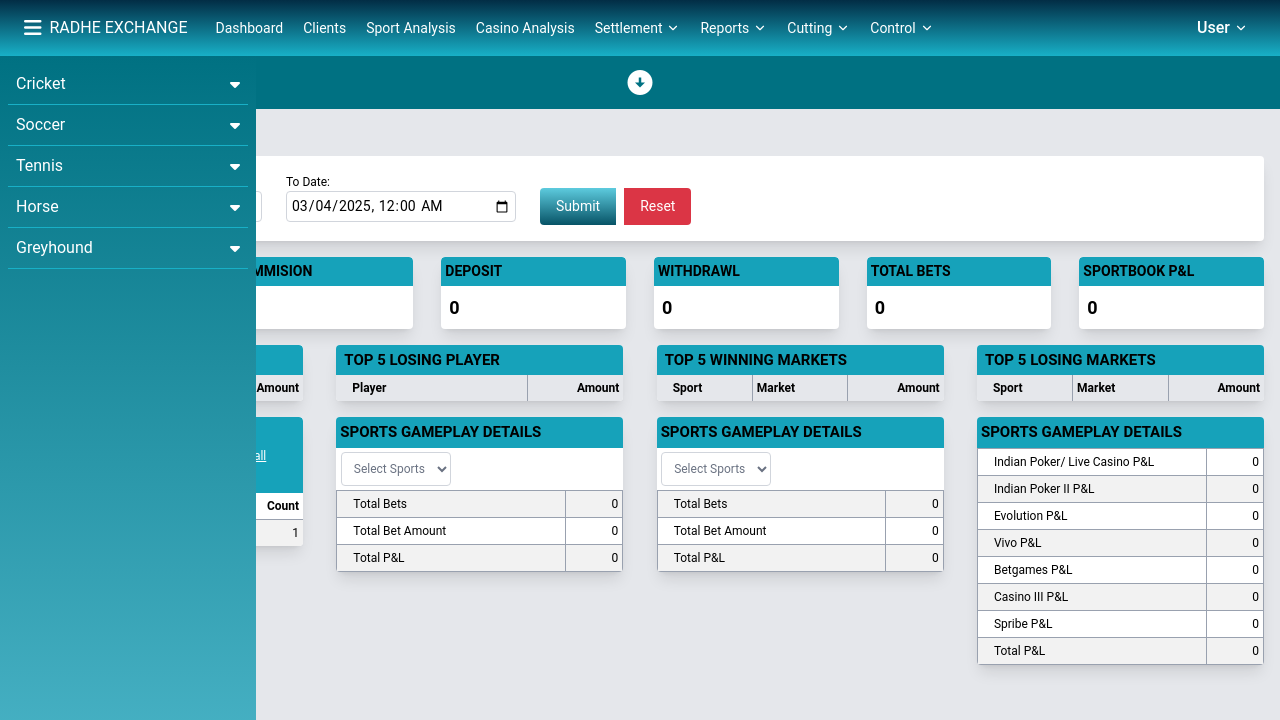
Repository: Habeebur1493/Radhe-Exchange
Page: /dashboard (app in frontend/)
These files come from the project's save history. The page is drawn as it stood at one moment and after the next save; the edit follows.
The browser window is 1280 px wide. The pictures show the whole page.
Some web libraries are served in a nearby version. The project was rebuilt for these pictures with package versions that can differ from the ones it lists, and the page was loaded fresh each time. Also part of the build but not shown: frontend/vite.config.js, frontend/src/components/login.jsx, frontend/src/components/Register.jsx.

Above is the page before, as saved 2025-03-05 12:01:44.

### frontend/index.html
<!doctype html>
<html lang="en">
  <head>
    <meta charset="UTF-8" />
    <meta name="viewport" content="width=device-width, initial-scale=1.0" />
    <link
    href="https://cdn.jsdelivr.net/npm/remixicon@4.5.0/fonts/remixicon.css"
    rel="stylesheet"
/>
<link rel="stylesheet" href="https://cdnjs.cloudflare.com/ajax/libs/font-awesome/6.7.2/css/all.min.css" integrity="sha512-Evv84Mr4kqVGRNSgIGL/F/aIDqQb7xQ2vcrdIwxfjThSH8CSR7PBEakCr51Ck+w+/U6swU2Im1vVX0SVk9ABhg==" crossorigin="anonymous" referrerpolicy="no-referrer" />
    <title>Radheexch | Admin</title>

  </head>
  <body>
    <div id="root"></div>
    <script type="module" src="/src/main.jsx"></script>
  </body>
</html>

### frontend/src/App.jsx
import React from "react";
import "./App.css";
import { Navigate, Routes, Route } from "react-router-dom";
import Login from "./components/login";
import Register from "./components/Register";
import Dashboard from "./components/dashboard";

const App = () => {
  return (
    <div>
      <Routes>
        <Route path="/" element={<Navigate to="/login" />} />
        <Route path="/login" element={<Login />} />
        <Route path="/register" element={<Register />} />
        <Route path="/dashboard" element={<Dashboard />} />
      </Routes>
    </div>
  );
};

export default App;

### frontend/src/App.css
@import "tailwindcss";

@import url('https://fonts.googleapis.com/css2?family=Roboto:ital,wght@0,100..900;1,100..900&display=swap');

:root {
    --primary-background: linear-gradient(#022d45, #18b0c7);
    --secondary-background: linear-gradient(#5dcbde, #075366);
    --tertiary-background: linear-gradient(#007182, #4ab4c7);
    --four-background: linear-gradient(#075366, #5dcbde);
}

.main{
    background: var(--primary-background);
    font-family: "Roboto", sans-serif;
}

.btn{
    background: var(--secondary-background);
    font-family: "Roboto", sans-serif;
}

nav{
    background: var(--primary-background);
    font-family: "Roboto", sans-serif;
    font-size: 14px;
}
.dashboard{
    font-family: "Roboto", sans-serif;
    font-size: 14px;
}

.sidebar{
    background: var(--tertiary-background);
    font-family: "Roboto", sans-serif;
    font-size: 14px;
}
.btn1{
    background: var(--secondary-background);
    font-family: "Roboto", sans-serif;
    transition: all 0.3s ease-in-out;
}
.btn1:hover{
    background: var(--four-background);
}

.dash{
    font-family: "Roboto", sans-serif;
    font-size: 14px;
}

### frontend/src/components/dashboard.jsx
import React, { useState } from "react";
import { ChevronDown } from "lucide-react";
import Sidebar from "./Sidebar";
import DashContent from "./DashContent";

const Dashboard = () => {
  const [isDropdownOpen, setIsDropdownOpen] = useState(false);
  const [isOpen, setIsOpen] = useState(false);

  return (
    <div className="dashboard min-h-screen bg-gray-200 overflow-x-hidden">
      {/* Navbar */}
      <nav className="bg-[--primary-background] text-white flex items-center h-14 px-4 shadow-md  ">
  <Sidebar />
  <h1 className="text-[10px] lg:text-[16px]">RADHE EXCHANGE</h1>
  {/* Navbar Links (Now Closer to H1) */}
  <div className="ml-6 flex items-center">
    <ul className="hidden md:flex space-x-3">
      {["Dashboard", "Clients", "Sport Analysis", "Casino Analysis"].map(
        (item) => (
          <li key={item}>
            <a
              href="#"
              className="h-14 flex items-center px-1 hover:bg-[#18b0c7] transition-all duration-200 ease-in-out"
            >
              {item}
            </a>
          </li>
        )
      )}

      {/* Dropdown Menus */}
      {["Settlement"].map((item) => (
        <li key={item} className="relative group lg:block hidden">
          <button className="h-14 flex items-center px-1 hover:bg-[#18b0c7] transition-all duration-200 ease-in-out">
            {item}
            <ChevronDown size={14} className="ml-1" />
          </button>

          {/* Dropdown - Show on Hover but only inside the navbar */}
          <div className="absolute left-0 mt-0 w-40 bg-[#16a2ba] text-white opacity-0 invisible group-hover:opacity-100 group-hover:visible transition-all duration-200 ease-in-out">
            <a
              href="#"
              className="block px-4 py-2 hover:bg-[#107a8d] border-b border-gray-500"
            >
              User
            </a>
            <a href="#" className="block px-4 py-2 hover:bg-[#107a8d]">
              Master
            </a>
          </div>
        </li>
      ))}
      {/* Dropdown Menus */}
      {["Reports"].map((item) => (
        <li key={item} className="relative group lg:block hidden">
          <button className="h-14 flex items-center px-1 hover:bg-[#18b0c7] transition-all duration-200 ease-in-out">
            {item}
            <ChevronDown size={14} className="ml-1" />
          </button>

          {/* Dropdown - Show on Hover */}
          <div className="absolute left-0 mt-0 w-40 bg-[#16a2ba] text-white opacity-0 invisible group-hover:opacity-100 group-hover:visible transition-all duration-200 ease-in-out">
            <a
              href="#"
              className="block px-4 py-2 hover:bg-[#107a8d] border-b-1 border-gray-500"
            >
              User Detail
            </a>
            <a
              href="#"
              className="block px-4 py-2 hover:bg-[#107a8d] border-b-1 border-gray-500"
            >
              Account Satatement
            </a>
            <a
              href="#"
              className="block px-4 py-2 hover:bg-[#107a8d]  border-b-1 border-gray-500"
            >
              Settlement/Balance Report
            </a>
            {/* More Report Links */}
          </div>
        </li>
      ))}
      {/* Dropdown Menus */}
      {["Cutting"].map((item) => (
        <li key={item} className="relative group lg:block hidden">
          <button className="h-14 flex items-center px-1 hover:bg-[#18b0c7] transition-all duration-200 ease-in-out">
            {item}
            <ChevronDown size={14} className="ml-1" />
          </button>

          {/* Dropdown - Show on Hover */}
          <div className="absolute left-0 mt-0 w-40 bg-[#16a2ba] text-white opacity-0 invisible group-hover:opacity-100 group-hover:visible transition-all duration-200 ease-in-out">
            <a
              href="#"
              className="block px-4 py-2 hover:bg-[#107a8d]  border-b-1 border-gray-500"
            >
              Agent Master
            </a>
            <a href="#" className="block px-4 py-2 hover:bg-[#107a8d]">
              Cutting History
            </a>
          </div>
        </li>
      ))}
      {/* Dropdown Menus */}
      {["Control"].map((item) => (
        <li key={item} className="relative group lg:block hidden">
          <button className="h-14 flex items-center px-1 hover:bg-[#18b0c7] transition-all duration-200 ease-in-out">
            {item}
            <ChevronDown size={14} className="ml-1" />
          </button>

          {/* Dropdown - Show on Hover */}
          <div className="absolute left-0 mt-0 w-40 bg-[#16a2ba] text-white opacity-0 invisible group-hover:opacity-100 group-hover:visible transition-all duration-200 ease-in-out">
            <a
              href="#"
              className="block px-4 py-2 hover:bg-[#107a8d]  border-b-1 border-gray-500"
            >
              Game
            </a>
            <a href="#" className="block px-4 py-2 hover:bg-[#107a8d]">
              Casino
            </a>
          </div>
        </li>
      ))}
    </ul>
  </div>

  {/* Move Dashboard Dropdown to the Right */}
  <div className="ml-auto">
    <ul className=" md:flex text-sm font-medium">
      <li className="relative">
        <button
          onClick={() => setIsDropdownOpen(!isDropdownOpen)}
          className="flex items-center space-x-1 focus:outline-none px-4 h-14 text-[12px] lg:text-[16px]"
        >
          <span>User</span>
          <ChevronDown size={14} />
        </button>

        {/* Dropdown Menu - Shows on Click */}
        {isDropdownOpen && (
        <div className="absolute h-20 right-5 w-42 bg-white text-gray-800 rounded-sm z-50">
        <a href="#" className="block px-4 py-2 hover:bg-[#5dcbde]">
          <span>
            <i className="fa-solid fa-arrow-right-long"></i>
          </span>{" "}
          Change Password
        </a>
        <a href="#" className="block px-4 py-2 hover:bg-[#5dcbde]">
          <span>
            <i className="fa-solid fa-arrow-right-long"></i>
          </span>{" "}
          Log Out
        </a>
      </div>

        )}
      </li>
    </ul>
  </div>
</nav>


      {/* Header */}
      <header className="bg-[#007182] p-1  ">
        {/* Dropdown Toggle */}
        <div
          className="cursor-pointer flex items-center justify-center"
          onClick={() => setIsOpen(!isOpen)}
        >
          <i
            className={`ri-arrow-down-circle-fill text-white lg:text-[30px] text-[20px]  transition-transform ${
              isOpen ? "rotate-180" : ""
            }`}
          ></i>
        </div>

        {/* Dropdown Content */}
        {isOpen && (
          <div className="bg-[#007182] transition-all duration-300 pb-1 px-4">
          <div className="grid grid-cols-2 gap-4 sm:grid-cols-2 lg:flex lg:justify-evenly items-center text-white text-[10px] sm:text-[12px] lg:text-[14px] w-full mr-4">

            <div className="flex flex-col text-center gap-2 w-full sm:w-1/2 lg:w-auto">
              <h4 className="flex justify-between">
                User ID: <span className="ml-2">776demo</span>
              </h4>
              <h4 className="flex justify-between">
                User Type: <span className="ml-2">Admin</span>
              </h4>
            </div>

            <div className="flex flex-col text-center gap-2 w-full sm:w-1/2 lg:w-auto">
              <h4 className="flex justify-between">
                Given Bal: <span className="text-[#20fa5e] ml-2">1000.00</span>
              </h4>
              <h4 className="flex justify-between">
                Available: <span className="text-[#20fa5e] ml-2">500.00</span>
              </h4>
            </div>

            <div className="flex flex-col text-center gap-2 w-full sm:w-1/2 lg:w-auto">
              <h4 className="flex justify-between">
                Up Line: <span className="lg:ml-6">0</span>
              </h4>
              <h4 className="flex justify-between">
                Down Line: <span className="lg:ml-2">0</span>
              </h4>
            </div>

            <div className="flex flex-col text-center gap-2 w-full sm:w-1/2 lg:w-auto">
              <h4 className="flex justify-between">
                Current P&L: <span className="lg:ml-2">0</span>
              </h4>
              <h4 className="flex justify-between">
                Exposure: <span className="lg:ml-8">0</span>
              </h4>
            </div>

            <div className="flex flex-col text-center gap-2 w-full sm:w-1/2 lg:w-auto lg:mb-7 lg:pl-10">
              <h4 className="flex justify-between">
                My P&L: <span className="lg:ml-10">0</span>
              </h4>
            </div>

          </div>
        </div>

        )}
      </header>
      <DashContent />
    </div>
  );
};

export default Dashboard;

### frontend/src/components/Sidebar.jsx
import React, { useState } from "react";
import { Link } from "react-router-dom";

const Sidebar = () => {
  const [isOpen, setIsOpen] = useState(false);
  const [dropdowns, setDropdowns] = useState({});
  const [nestedDropdowns, setNestedDropdowns] = useState({});

  const toggleDropdown = (category) => {
    setDropdowns((prev) => ({ ...prev, [category]: !prev[category] }));
  };

  const toggleNestedDropdown = (item) => {
    setNestedDropdowns((prev) => ({ ...prev, [item]: !prev[item] }));
  };

  const menuItems = [
    {
      key: "cricket",
      label: "Cricket",
      items: [
        {
          title: "ICC Champions Trophy",
          subItems: ["India v Australia", "England v South Africa", "South Africa v New Zealand"],
        },
        {
          title: "Women's Premier League",
          subItems: ["Women's Premier League", "Up Warriorz W v Mumbai Indians W", "Gujarat Giants W v Delhi Capitals W"],
        },
        {
          title: "International T20 Masters League",
          subItems: ["Sri Lanka Masters v West Indies Masters", "India Masters v Australia Masters"],
        },
      ],
    },
    {
      key: "soccer",
      label: "Soccer",
      items: [
        {
          title: "League 1",
          subItems: ["Team A v Team B", "Team C v Team D"],
        },
        {
          title: "League 2",
          subItems: ["Match 3", "Match 4"],
        },
      ],
    },
    {
      key: "tennis",
      label: "Tennis",
      items: [
        {
          title: "Grand Slam",
          subItems: ["Final Match", "Semi Final"],
        },
        {
          title: "ATP Finals",
          subItems: ["Quarter Final", "Round of 16"],
        },
      ],
    },
    {
      key: "Horse",
      label: "Horse",
      items: [
        {
          title: "Grand Prix",
          subItems: ["Final Match", "Semi Final"],
        },
        {
          title: "ATP Finals",
          subItems: ["Quarter Final", "Round of 16"],
        },
      ],
    },
    {
      key: "Greyhound",
      label: "Greyhound",
      items: [
        {
          title: "Grand Prix",
          subItems: ["Final Match", "Semi Final"],
        },
        {
          title: "ATP Finals",
          subItems: ["Quarter Final", "Round of 16"],
        },
      ],
    },
  ];

  return (
    <div className="relative">
      {/* Menu Icon */}
      <button
        onClick={() => setIsOpen(!isOpen)}
        className="p-2 text-[12px] lg:text-xl" // Show menu icon on mobile only
      >
        <i className="fa-solid fa-bars"></i>
      </button>

      {/* Sidebar */}
      <div
        className={`sidebar fixed top-0 left-0 h-full w-50 lg:w-64 md:w-80 mt-14 bg-[--tertiary-background] text-white transition-transform duration-300 ${
          isOpen ? "translate-x-0" : "-translate-x-full"
        } md:translate-x-0`} // Remove translation on desktop view
      >
        <ul className="p-2 text-[12px] lg:text-[16px]">
          {menuItems.map(({ key, label, items }) => (
            <li key={key} className="cursor-pointer">
              {/* Main Category */}
              <div
                className="flex justify-between items-center w-full p-2 hover:bg-[#5dcbde] transition-all border-b border-[#18b0c7]"
                onClick={() => toggleDropdown(key)}
              >
                {label}{" "}
                <i
                  className={`fa-solid fa-caret-${dropdowns[key] ? "up" : "down"}`}
                ></i>
              </div>

              {/* First-level Dropdown */}
              <ul
                className={`overflow-hidden text-[11px] bg-[#d2dcf7] text-black transition-all duration-300 ${
                  dropdowns[key] ? "max-h-[1000px] opacity-100" : "max-h-0 opacity-0"
                }`}
              >
                {items.map(({ title, subItems }, index) => (
                  <li key={index} className="pl-6 pr-2 py-2">
                    {/* Square Plus/Minus Icon */}
                    <button
                      onClick={() => toggleNestedDropdown(title)}
                      className="mr-2"
                    >
                      <i
                        className={`fa-solid fa-${
                          nestedDropdowns[title] ? "square-minus" : "square-plus"
                        } text-lg`}
                      ></i>
                    </button>
                    {title}

                    {/* Nested Dropdown */}
                    <ul
                      className={`overflow-hidden transition-all duration-300 ${
                        nestedDropdowns[title] ? "max-h-[1000px] opacity-100 pl-6" : "max-h-0 opacity-0"
                      }`}
                    >
                      {subItems.map((subItem, subIndex) => (
                        <li key={subIndex} className="text-black py-1 flex items-center">
                          <i className="fa-solid fa-square-xmark mr-2"></i>
                          <Link to={`/${key}/${title}/${subItem}`} className="cursor-pointer">
                            {subItem}
                          </Link>
                        </li>
                      ))}
                    </ul>
                  </li>
                ))}
              </ul>
            </li>
          ))}
        </ul>
      </div>
    </div>
  );
};

export default Sidebar;

Loaded but not shown: frontend/src/main.jsx (common file); frontend/src/components/DashContent.jsx (344 lines, source omitted)

After the next save:
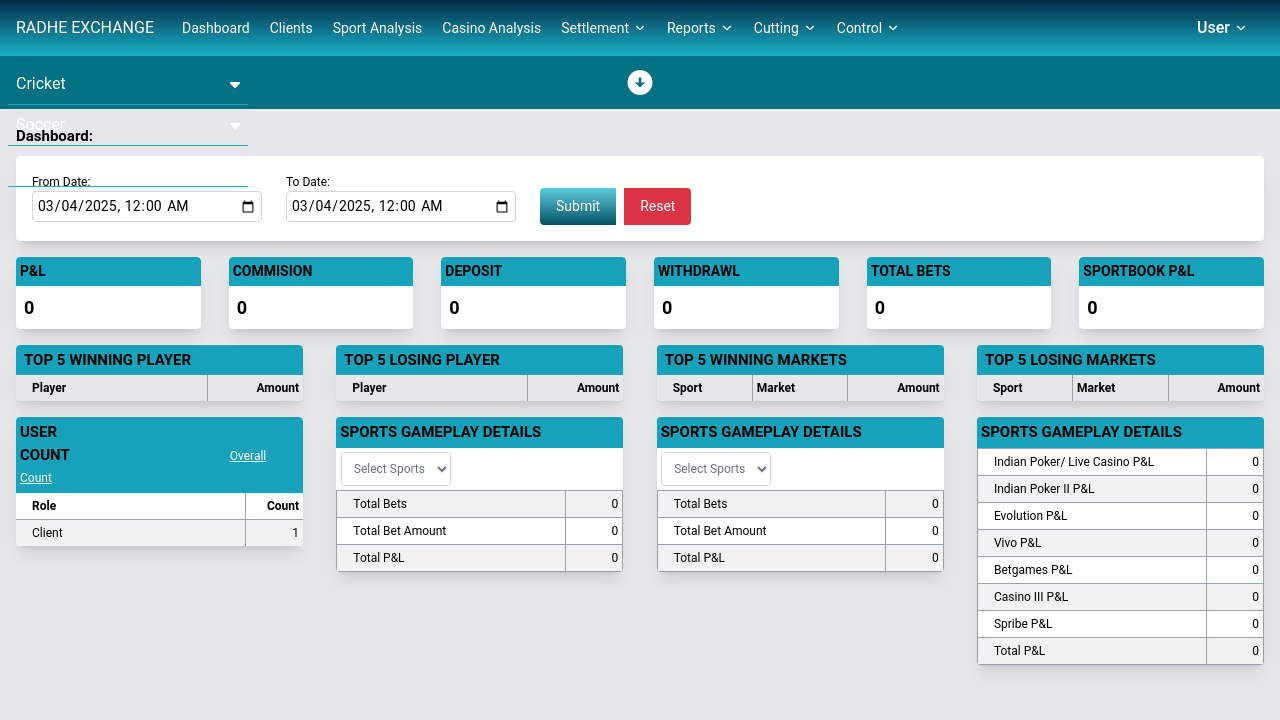
Saved 76 s later.
--- a/frontend/src/components/Sidebar.jsx
+++ b/frontend/src/components/Sidebar.jsx
@@ -1,10 +1,20 @@
-import React, { useState } from "react";
+import React, { useState, useEffect } from "react";
 import { Link } from "react-router-dom";
 
 const Sidebar = () => {
   const [isOpen, setIsOpen] = useState(false);
   const [dropdowns, setDropdowns] = useState({});
   const [nestedDropdowns, setNestedDropdowns] = useState({});
+  const [isMobile, setIsMobile] = useState(window.innerWidth < 768); // Detect screen size
+
+  useEffect(() => {
+    const handleResize = () => {
+      setIsMobile(window.innerWidth < 768);
+    };
+
+    window.addEventListener("resize", handleResize);
+    return () => window.removeEventListener("resize", handleResize);
+  }, []);
 
   const toggleDropdown = (category) => {
     setDropdowns((prev) => ({ ...prev, [category]: !prev[category] }));
@@ -61,51 +71,25 @@
         },
       ],
     },
-    {
-      key: "Horse",
-      label: "Horse",
-      items: [
-        {
-          title: "Grand Prix",
-          subItems: ["Final Match", "Semi Final"],
-        },
-        {
-          title: "ATP Finals",
-          subItems: ["Quarter Final", "Round of 16"],
-        },
-      ],
-    },
-    {
-      key: "Greyhound",
-      label: "Greyhound",
-      items: [
-        {
-          title: "Grand Prix",
-          subItems: ["Final Match", "Semi Final"],
-        },
-        {
-          title: "ATP Finals",
-          subItems: ["Quarter Final", "Round of 16"],
-        },
-      ],
-    },
   ];
 
   return (
     <div className="relative">
-      {/* Menu Icon */}
-      <button
-        onClick={() => setIsOpen(!isOpen)}
-        className="p-2 text-[12px] lg:text-xl" // Show menu icon on mobile only
-      >
-        <i className="fa-solid fa-bars"></i>
-      </button>
+      {/* Show menu icon on mobile only */}
+      {isMobile && (
+        <button
+          onClick={() => setIsOpen(!isOpen)}
+          className="p-2 text-[12px] lg:text-xl"
+        >
+          <i className="fa-solid fa-bars"></i>
+        </button>
+      )}
 
       {/* Sidebar */}
       <div
-        className={`sidebar fixed top-0 left-0 h-full w-50 lg:w-64 md:w-80 mt-14 bg-[--tertiary-background] text-white transition-transform duration-300 ${
-          isOpen ? "translate-x-0" : "-translate-x-full"
-        } md:translate-x-0`} // Remove translation on desktop view
+        className={`fixed top-0 left-0 h-full w-50 lg:w-64 md:w-80 mt-14 bg-[--tertiary-background] text-white transition-transform duration-300 ${
+          isMobile ? (isOpen ? "translate-x-0" : "-translate-x-full") : "translate-x-0"
+        }`}
       >
         <ul className="p-2 text-[12px] lg:text-[16px]">
           {menuItems.map(({ key, label, items }) => (

After the save that followed:
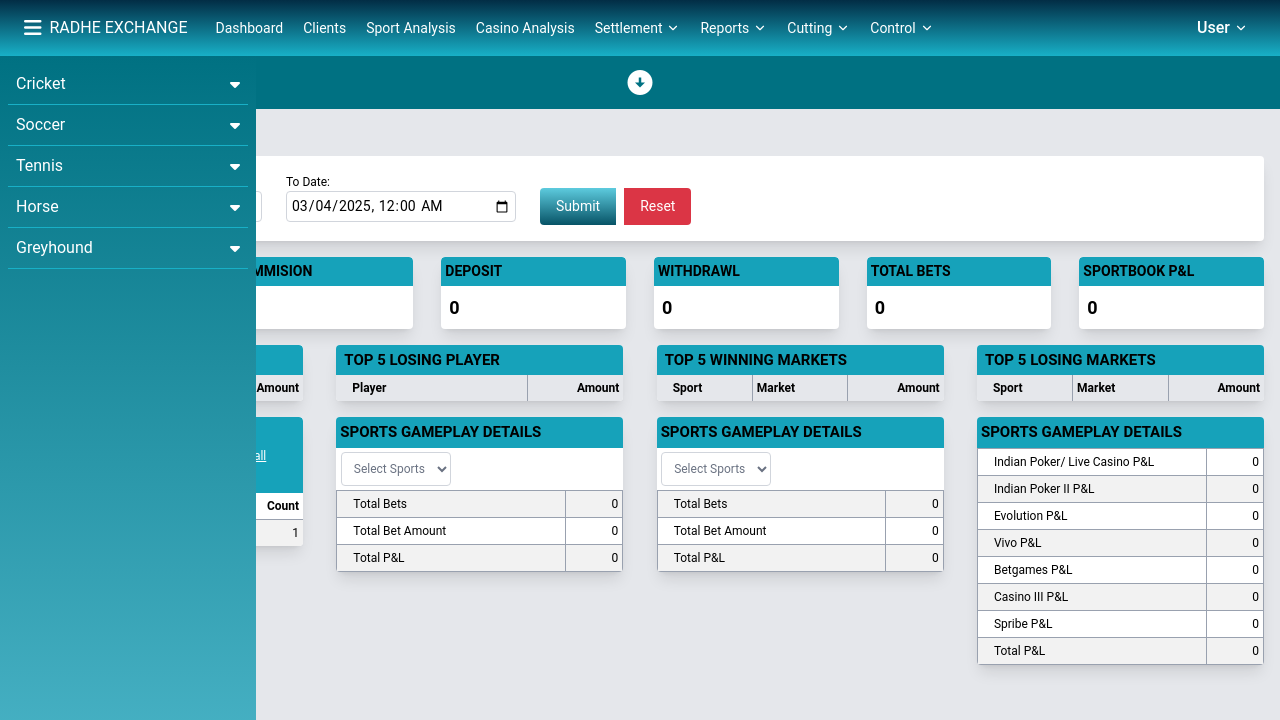
Saved 9 s later.
--- a/frontend/src/components/Sidebar.jsx
+++ b/frontend/src/components/Sidebar.jsx
@@ -1,20 +1,10 @@
-import React, { useState, useEffect } from "react";
+import React, { useState } from "react";
 import { Link } from "react-router-dom";
 
 const Sidebar = () => {
   const [isOpen, setIsOpen] = useState(false);
   const [dropdowns, setDropdowns] = useState({});
   const [nestedDropdowns, setNestedDropdowns] = useState({});
-  const [isMobile, setIsMobile] = useState(window.innerWidth < 768); // Detect screen size
-
-  useEffect(() => {
-    const handleResize = () => {
-      setIsMobile(window.innerWidth < 768);
-    };
-
-    window.addEventListener("resize", handleResize);
-    return () => window.removeEventListener("resize", handleResize);
-  }, []);
 
   const toggleDropdown = (category) => {
     setDropdowns((prev) => ({ ...prev, [category]: !prev[category] }));
@@ -71,25 +61,51 @@
         },
       ],
     },
+    {
+      key: "Horse",
+      label: "Horse",
+      items: [
+        {
+          title: "Grand Prix",
+          subItems: ["Final Match", "Semi Final"],
+        },
+        {
+          title: "ATP Finals",
+          subItems: ["Quarter Final", "Round of 16"],
+        },
+      ],
+    },
+    {
+      key: "Greyhound",
+      label: "Greyhound",
+      items: [
+        {
+          title: "Grand Prix",
+          subItems: ["Final Match", "Semi Final"],
+        },
+        {
+          title: "ATP Finals",
+          subItems: ["Quarter Final", "Round of 16"],
+        },
+      ],
+    },
   ];
 
   return (
     <div className="relative">
-      {/* Show menu icon on mobile only */}
-      {isMobile && (
-        <button
-          onClick={() => setIsOpen(!isOpen)}
-          className="p-2 text-[12px] lg:text-xl"
-        >
-          <i className="fa-solid fa-bars"></i>
-        </button>
-      )}
+      {/* Menu Icon */}
+      <button
+        onClick={() => setIsOpen(!isOpen)}
+        className="p-2 text-[12px] lg:text-xl" // Show menu icon on mobile only
+      >
+        <i className="fa-solid fa-bars"></i>
+      </button>
 
       {/* Sidebar */}
       <div
-        className={`fixed top-0 left-0 h-full w-50 lg:w-64 md:w-80 mt-14 bg-[--tertiary-background] text-white transition-transform duration-300 ${
-          isMobile ? (isOpen ? "translate-x-0" : "-translate-x-full") : "translate-x-0"
-        }`}
+        className={`sidebar fixed top-0 left-0 h-full w-50 lg:w-64 md:w-80 mt-14 bg-[--tertiary-background] text-white transition-transform duration-300 ${
+          isOpen ? "translate-x-0" : "-translate-x-full"
+        } md:translate-x-0`} // Remove translation on desktop view
       >
         <ul className="p-2 text-[12px] lg:text-[16px]">
           {menuItems.map(({ key, label, items }) => (
